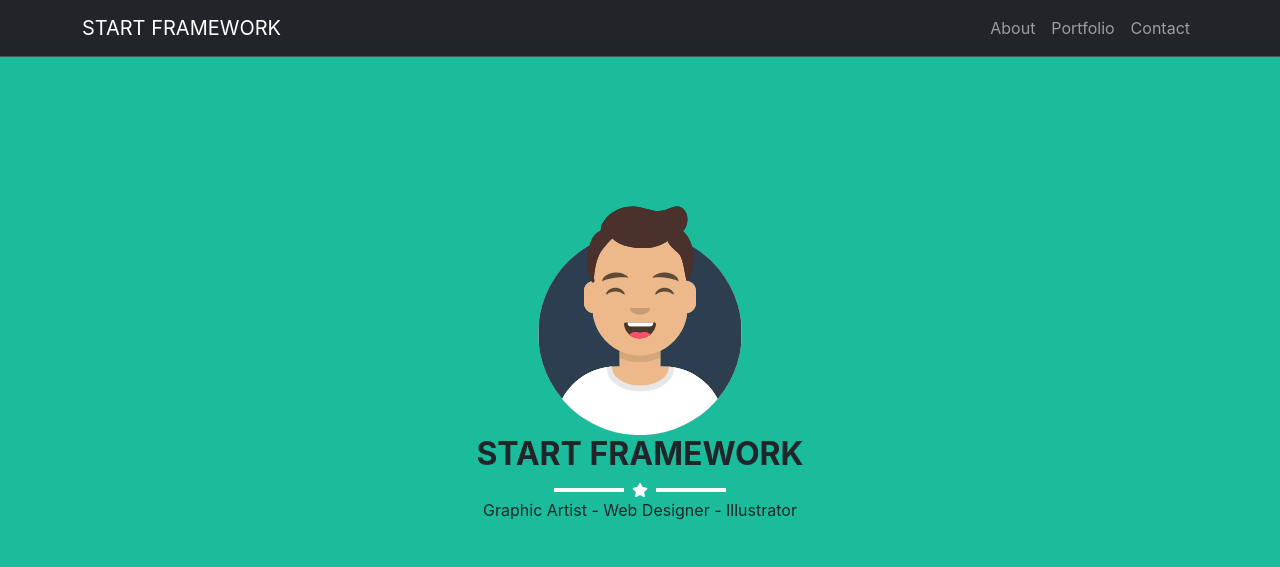
Repository: YomnaWegdan/startFramework
Page: /
An editor plug-in stored every save of this project. The page is shown before and after the next save, followed by the edit.
The browser window is 1280 px wide. The pictures show the whole page.
The project was rebuilt for these pictures with package versions that can differ from the ones it lists, and the page was loaded fresh each time. Also part of the build but not shown: src/Components/About.jsx, src/Components/Contact.jsx, src/Components/Error.jsx.

Above is the page before, as saved 2024-02-04 22:07:14.

After the next save:
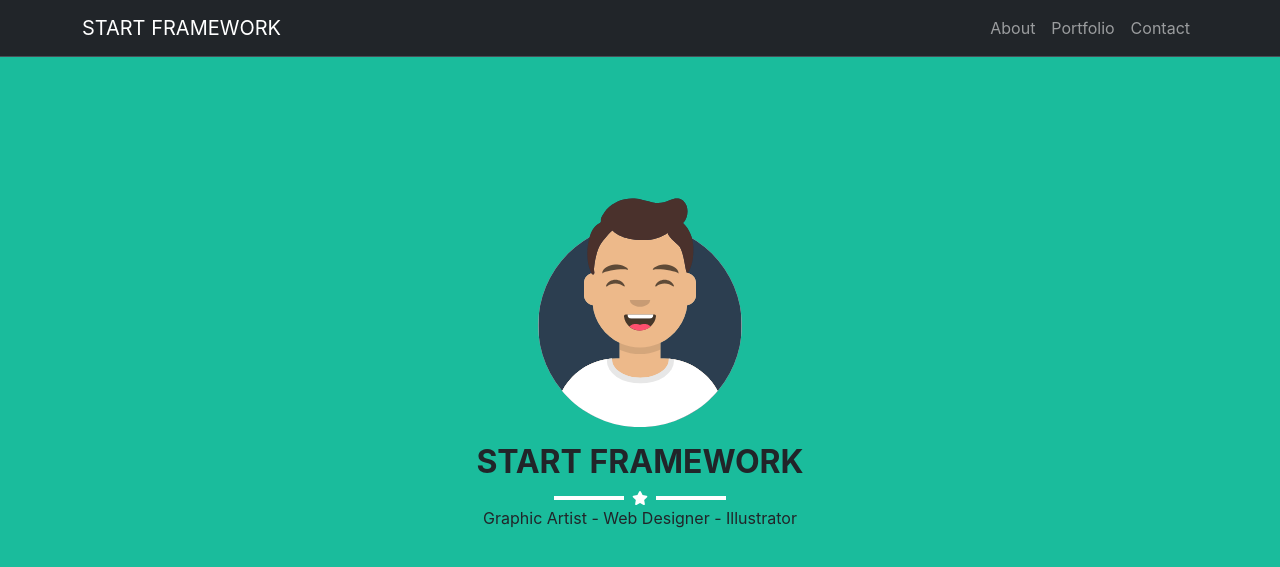
Saved 16 s later.
--- a/src/Components/Home.jsx
+++ b/src/Components/Home.jsx
@@ -9,7 +9,7 @@ export default function Home() {
         <div className='container h-100'>
             <div className='row align-items-center justify-content-center h-100'>
                 <div className='col-md-12'>
-                <img src={img} className='w-20' alt='img'/>
+                <img src={img} className='w-20 mb-3' alt='img'/>
                 <h2 className='fw-bold'>START FRAMEWORK</h2>
                 <div className='d-flex justify-content-center align-items-center'>
                     <div className='line'></div>
